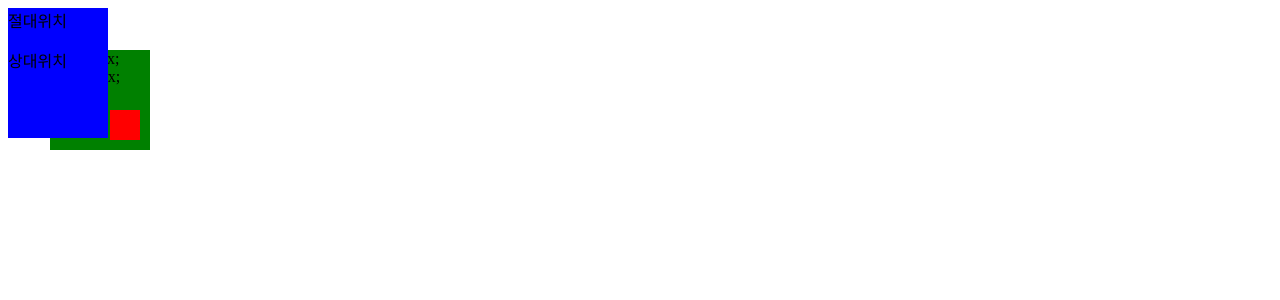
Repository: buildadoor/eclipse
Page: frontWeb/src/main/webapp/a05_cssHigh/a04_position2.html
The author's editor kept a copy of each file at every save. The page is drawn from the files as they stood at one save, then again after the next save.
The browser window is 1280 px wide. The pictures show the whole page.

Above is the page before, as saved 2022-11-10 01:39:34.

### frontWeb/src/main/webapp/a05_cssHigh/a04_position2.html
<!DOCTYPE html>
<html>
<head>
<meta charset="UTF-8">
<title>Insert title here</title>
<style type="text/css">
/*
# 절대위치(absolute)
1. 특정 요소를 포함하고 있는 태그기준으로 절대 위치를 설정할 수 있다.
2. 기본형식
	position:absolute;
	top:@@px; left:@@px;
	위치 속성은 top/bottom/left/right 모두 다 설정할 수 있음.
*/
	div{width:100px;height:100px;position:absolute;
		background:green;}
	div#div01{
		top:50px;left:50px;
	}
	div#div02{
		bottom:10px;right:10px;
		width:30px;height:30px;
		background:red;
	}
	/*
	ex) body 아이디 div03을 만들고 절대위치로 특정한 위치에 로딩하고
		div03 하위에 p만들어 절대 위치로 특정위치에 로딩되게하세요
	*/
	div#div03{
		position:absolute;
		margin:100px
		width:130px;height:130px;
		background:blue;
	}
	div03.p{
		top:10px;right:30px;
		width:50px;height:50px;
		background:yellow;
	}
</style>
</head>
<body>
	<div id="div01">top:100px;<br>left:100px;
	<div id="div02"></div>
	</div>
	<div id="div03">절대위치
	<p>상대위치</p>
	</div>
</body>
</html>

After the next save:
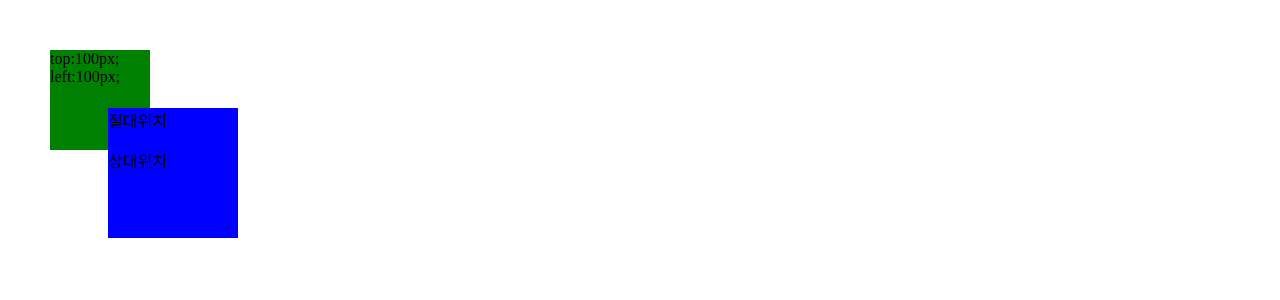
Saved 5 s later.
--- a/frontWeb/src/main/webapp/a05_cssHigh/a04_position2.html
+++ b/frontWeb/src/main/webapp/a05_cssHigh/a04_position2.html
@@ -28,7 +28,7 @@
 	*/
 	div#div03{
 		position:absolute;
-		margin:100px
+		margin:100px;
 		width:130px;height:130px;
 		background:blue;
 	}
